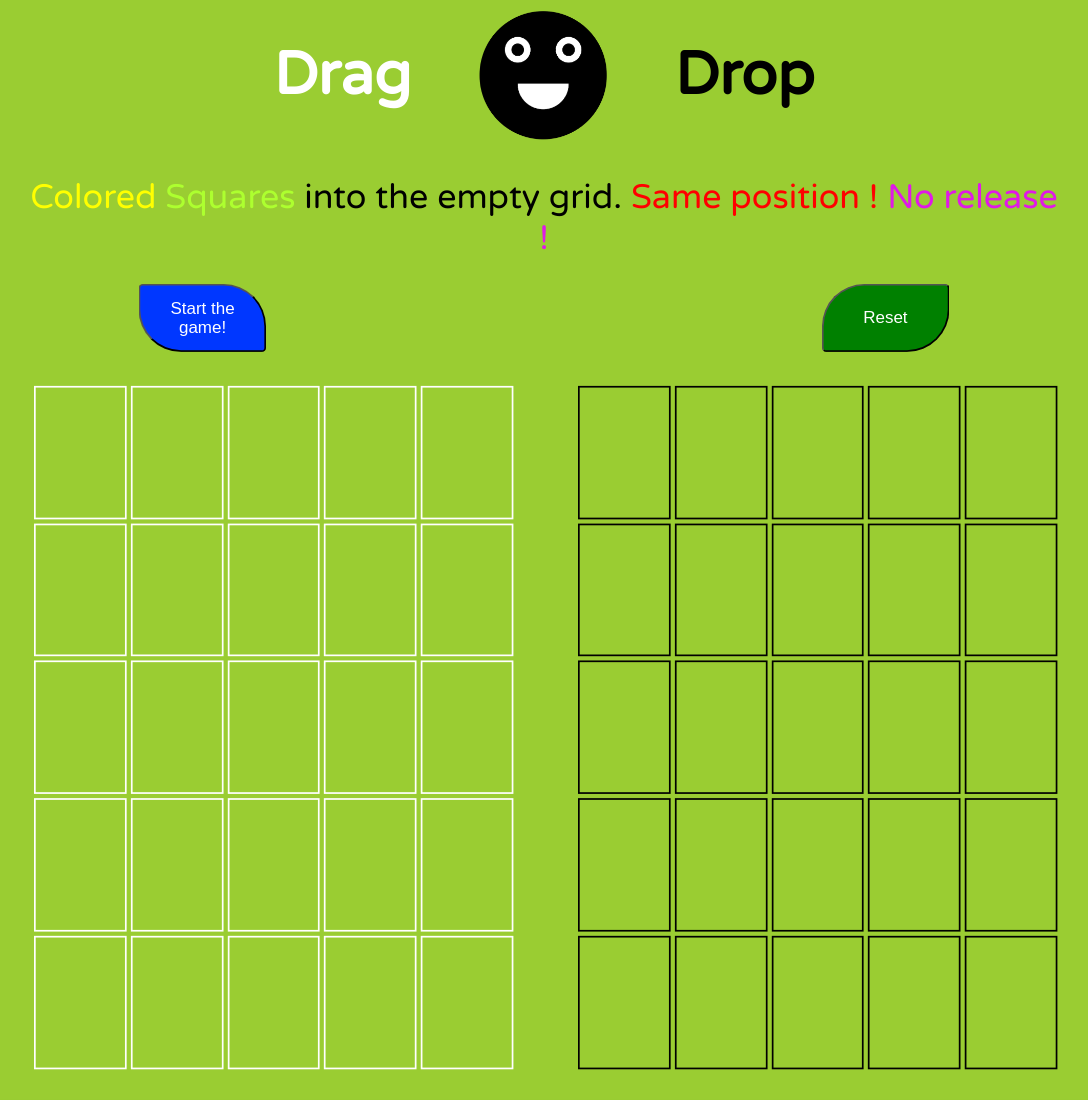
Repository: Siehan/Quiky-drag-and-drop
Page: index.html
An editor plug-in stored every save of this project. The page is shown before and after the next save, followed by the edit.
The browser window is 1280 px wide. The pictures show the whole page, at 85% of full size.

Above is the page before, as saved 2020-01-24 21:02:39.

After the next save:
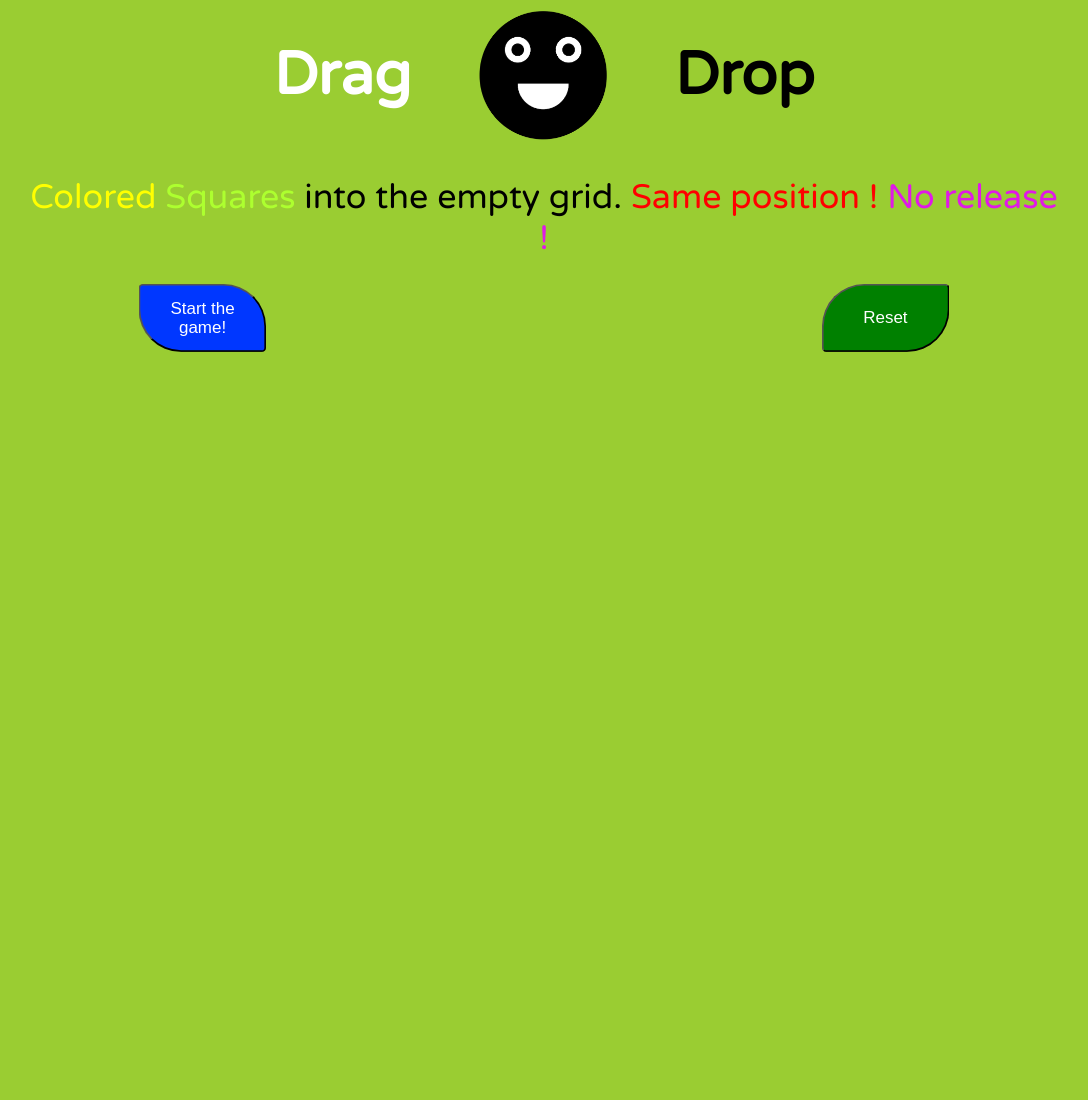
Console error: SyntaxError: Unexpected token '='
Saved 46 s later.
--- a/grid.js
+++ b/grid.js
@@ -143,7 +143,7 @@
 
 
 
-                const carreau = target.className.split(" ")[1]
+                const  = target.className.split(" ")[1]
                 const dropCase = dndHandler.draggedElement.className.split(" ")[1]
 
 

After the save that followed:
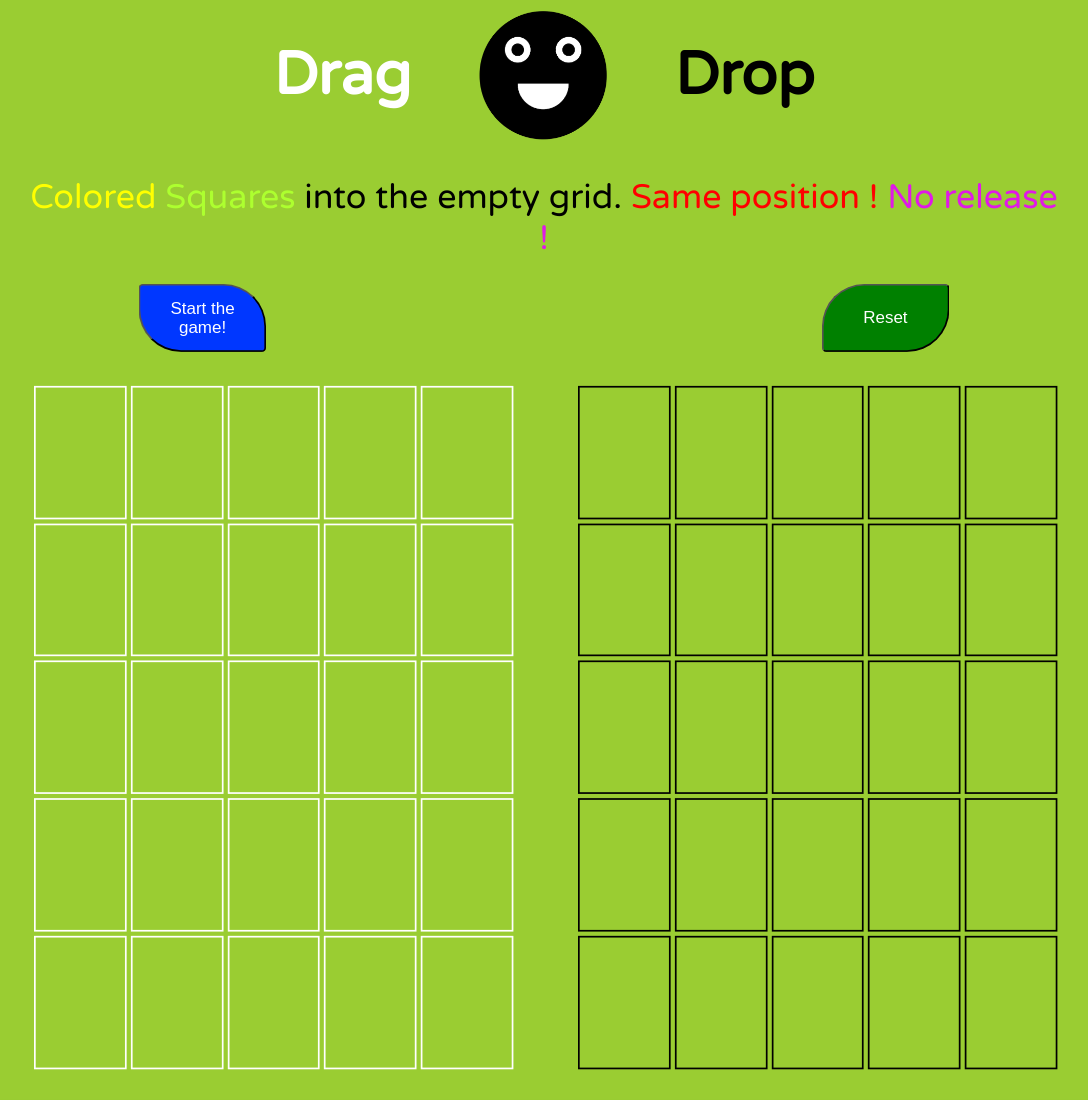
The error is gone.
Saved 5 s later.
--- a/grid.js
+++ b/grid.js
@@ -143,7 +143,7 @@
 
 
 
-                const  = target.className.split(" ")[1]
+                const both = target.className.split(" ")[1]
                 const dropCase = dndHandler.draggedElement.className.split(" ")[1]
 
 
